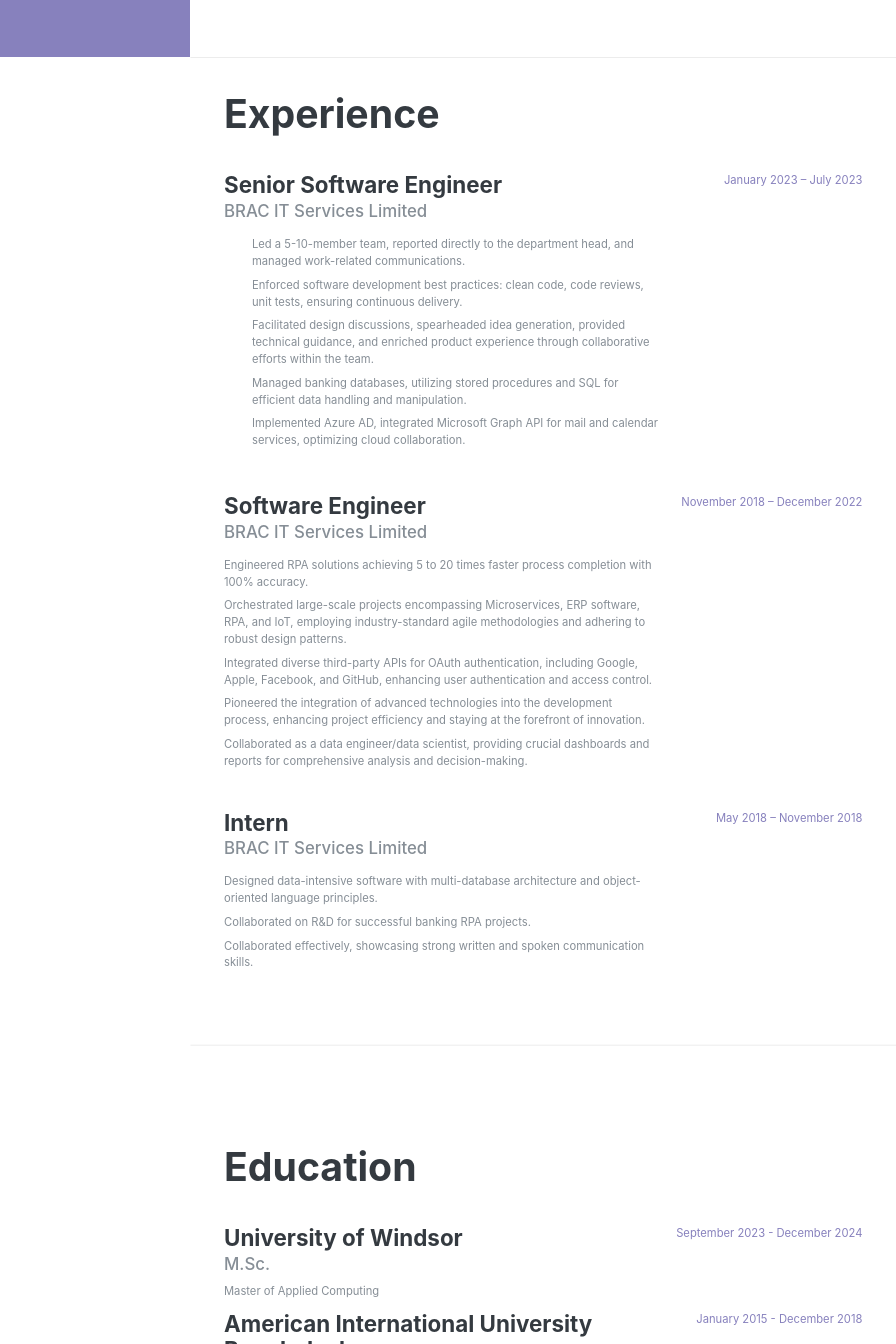
Repository: xahin96/xahin96.github.io
Page: index.html
The author's editor kept a copy of each file at every save. The page is drawn from the files as they stood at one save, then again after the next save.
The browser window is 1280 px wide. The pictures show the part of the page from y = 639 to 2559 px (the page is 5589 px tall before and 5451 px after), at 70% of full size.
Some web fonts or font styles are not loaded; a fallback is used.

Above is the page before, as saved 2024-04-27 12:27:00.

### index.html
<!DOCTYPE html>
<html lang="en">

<head>

  <meta charset="utf-8">
  <meta name="viewport" content="width=device-width, initial-scale=1, shrink-to-fit=no">
  <meta name="description" content="">
  <meta name="author" content="">

  <title>Shahriar Rahman</title>
  <link rel="icon" type="image/x-icon" href="img/profile.png">


  <!-- Bootstrap core CSS -->
  <link href="vendor/bootstrap/css/bootstrap.min.css" rel="stylesheet">

  <!-- Custom fonts for this template -->
  <link href="https://fonts.googleapis.com/css?family=Saira+Extra+Condensed:500,700" rel="stylesheet">
  <link href="https://fonts.googleapis.com/css?family=Muli:400,400i,800,800i" rel="stylesheet">
  <link href="vendor/fontawesome-free/css/all.min.css" rel="stylesheet">

  <!-- Custom styles for this template -->
  <link href="css/resume.css" rel="stylesheet">

</head>

<body id="page-top">

  <nav class="navbar navbar-expand-lg navbar-dark bg-primary fixed-top" id="sideNav">
    <a class="navbar-brand js-scroll-trigger" href="#page-top">
      <span class="d-block d-lg-none">Shahriar Rahman</span>
      <span class="d-none d-lg-block">
        <img class="img-fluid img-profile rounded-circle mx-auto mb-2" src="img/profile.png" alt="">
      </span>
    </a>
    <button class="navbar-toggler" type="button" data-toggle="collapse" data-target="#navbarSupportedContent" aria-controls="navbarSupportedContent" aria-expanded="false" aria-label="Toggle navigation">
      <span class="navbar-toggler-icon"></span>
    </button>
    <div class="collapse navbar-collapse" id="navbarSupportedContent">
      <ul class="navbar-nav">
        <li class="nav-item">
          <a class="nav-link js-scroll-trigger" href="#about">About</a>
        </li>
        <li class="nav-item">
          <a class="nav-link js-scroll-trigger" href="#experience">Experience</a>
        </li>
        <li class="nav-item">
          <a class="nav-link js-scroll-trigger" href="#education">Education</a>
        </li>
        <li class="nav-item">
          <a class="nav-link js-scroll-trigger" href="#skills">Skills</a>
        </li>
        <li class="nav-item">
          <a class="nav-link js-scroll-trigger" href="#projects">Projects</a>
        </li>
        <!-- <li class="nav-item">
          <a class="nav-link js-scroll-trigger" href="#interests">Interests</a>
        </li> -->
       <!--  <li class="nav-item">
          <a class="nav-link js-scroll-trigger" href="#awards">Achievements</a>
        </li> -->
      </ul>
    </div>
  </nav>

  <div class="container-fluid p-0">

    <section class="resume-section p-3 p-lg-5 d-flex align-items-center" id="about">
      <div class="w-100">
        <h1 class="mb-0">Shahriar
          <span class="mb-0">Rahman</span>
        </h1>
        <div class="subheading mb-5">Windsor, ON, Canada 🇨🇦 · +1 437 669 5591 ·
          <a href="mailto:shahriar.rahmanzahin@gmail.com">rahman8j@uwindsor.ca</a>
        </div>
        <p class="lead mb-5">Results-driven Software Engineer, with over 5 years of experience, specializing in innovative solutions such as Microservices, IoT, AI, and Robotic Process Automation (RPA). Demonstrates proficiency in software development, boasting a proven track record in leading the development of advanced systems, optimizing code for efficiency, and collaborating within dynamic, cross-functional teams.</p>
        <div class="social-icons">
          <a href="https://www.linkedin.com/in/shahriar-rahman-zahin">
            <i class="fab fa-linkedin-in"></i>
          </a>
          <a href="https://github.com/xahin96">
            <i class="fab fa-github"></i>
          </a>
          <a href="https://stackoverflow.com/users/5947007/shahriar-rahman-zahin">
            <i class="fab fa-stack-overflow"></i>
          </a>
          <a href="https://twitter.com/xahin96">
            <i class="fab fa-twitter"></i>
          </a>
          <a href="https://www.facebook.com/shahriar.xahin">
            <i class="fab fa-facebook-f"></i>
          </a>
        </div>
      </div>
    </section>

    <hr class="m-0">

    <section class="resume-section p-3 p-lg-5 d-flex justify-content-center" id="experience">
      <div class="w-100">
        <h2 class="mb-5">Experience</h2>

        <div class="resume-item d-flex flex-column flex-md-row justify-content-between mb-5">
          <div class="resume-content">
            <div>
              <h3 class="mb-0">Senior Software Engineer</h3>
              <div class="subheading mb-3">BRAC IT Services Limited</div>
            </div>
            <ul>
              <li>Led a 5-10-member team, reported directly to the department head, and managed work-related communications.</li>
              <li>Enforced software development best practices: clean code, code reviews, unit tests, ensuring continuous delivery.</li>
              <li>Facilitated design discussions, spearheaded idea generation, provided technical guidance, and enriched product experience through collaborative efforts within the team.</li>
              <li>Managed banking databases, utilizing stored procedures and SQL for efficient data handling and manipulation.</li>
              <li>Implemented Azure AD, integrated Microsoft Graph API for mail and calendar services, optimizing cloud collaboration.</li>
            </ul>
          </div>
          <div class="resume-date text-md-right">
            <span class="text-primary">January 2023 – July 2023</span>
          </div>
        </div>

        <div class="resume-item d-flex flex-column flex-md-row justify-content-between mb-5">
          <div class="resume-content">
            <h3 class="mb-0">Software Engineer</h3>
            <div class="subheading mb-3">BRAC IT Services Limited</div>
            <li>Engineered RPA solutions achieving 5 to 20 times faster process completion with 100% accuracy.</li>
            <li>Orchestrated large-scale projects encompassing Microservices, ERP software, RPA, and IoT, employing industry-standard agile methodologies and adhering to robust design patterns.</li>
            <li>Integrated diverse third-party APIs for OAuth authentication, including Google, Apple, Facebook, and GitHub, enhancing user authentication and access control.</li>
            <li>Pioneered the integration of advanced technologies into the development process, enhancing project efficiency and staying at the forefront of innovation.</li>
            <li>Collaborated as a data engineer/data scientist, providing crucial dashboards and reports for comprehensive analysis and decision-making.</li>
          </div>
          <div class="resume-date text-md-right">
            <span class="text-primary">November 2018 – December 2022</span>
          </div>
        </div>

        <div class="resume-item d-flex flex-column flex-md-row justify-content-between mb-5">
          <div class="resume-content">
            <h3 class="mb-0">Intern</h3>
            <div class="subheading mb-3">BRAC IT Services Limited</div>
            <li>Designed data-intensive software with multi-database architecture and object-oriented language principles.</li>
            <li>Collaborated on R&D for successful banking RPA projects.</li>
            <li>Collaborated effectively, showcasing strong written and spoken communication skills.
            </li>
          </div>
          <div class="resume-date text-md-right">
            <span class="text-primary">May 2018 – November 2018</span>
          </div>
        </div>

      </div>
    </section>

    <hr class="m-0">

    <section class="resume-section p-3 p-lg-5 d-flex align-items-center" id="education">
      <div class="w-100">
        <h2 class="mb-5">Education</h2>

        <div class="resume-item d-flex flex-column flex-md-row justify-content-between mb-3">
          <div class="resume-content">
            <h3 class="mb-0">University of Windsor</h3>
            <div class="subheading mb-2">M.Sc.</div>
            <div>Master of Applied Computing</div>
          </div>
          <div class="resume-date text-md-right">
            <span class="text-primary">September 2023 - December 2024</span>
          </div>
        </div>

        <!-- <div class="resume-item d-flex flex-column flex-md-row justify-content-between mb-3">
          <div class="resume-content">
            <h3 class="mb-0">Jahangirnagar University Bangladesh</h3>
            <div class="subheading mb-2"> M.Sc.</div>
            <div>Computer Science and Engineering</div>
            <p>CGPA: 3.88/4.00</p>
          </div>
          <div class="resume-date text-md-right">
            <span class="text-primary">January 2015 - December 2018</span>
          </div>
        </div> -->

        <div class="resume-item d-flex flex-column flex-md-row justify-content-between mb-3">
          <div class="resume-content">
            <h3 class="mb-0">American International University Bangladesh</h3>
            <div class="subheading mb-2">B.Sc.</div>
            <div>Computer Science and Engineering</div>
            <p>CGPA: 3.88/4.00</p>
          </div>
          <div class="resume-date text-md-right">
            <span class="text-primary">January 2015 - December 2018</span>
          </div>
        </div>

        <!-- <div class="resume-item d-flex flex-column flex-md-row justify-content-between mb-3">
          <div class="resume-content">
            <h3 class="mb-0">Dhaka Imperial College, Bangladesh</h3>
            <div class="subheading mb-2">Higher Secondary School Certificate</div>
            <p>GPA: 5.00/5.00</p>
          </div>
          <div class="resume-date text-md-right">
            <span class="text-primary">April 2012 - April 2014</span>
          </div>
        </div> -->

        <!-- <div class="resume-item d-flex flex-column flex-md-row justify-content-between">
          <div class="resume-content">
            <h3 class="mb-0">Bangladesh International School & College Riyadh, Saudi Arabia</h3>
            <div class="subheading mb-2">Secondary School Certificate</div>
            <p>GPA: 4.88/5.00</p>
          </div>
          <div class="resume-date text-md-right">
            <span class="text-primary">January 2007 - April 2012</span>
          </div>
        </div> -->

      </div>
    </section>

    <hr class="m-0">

    <section class="resume-section p-3 p-lg-5 d-flex align-items-center" id="skills">
      <div class="w-100">
        <h2 class="mb-5">Skills</h2>

        <div class="subheading mb-3">Programming Languages &amp; Tools</div>
        <ul class="list-inline dev-icons">
          <li class="list-inline-item">
            <h3>Python</h3>
          </li>
          <li class="list-inline-item">
            <h3>Django</h3>
          </li>
          <li class="list-inline-item">
            <h3>Django REST Framework</h3>
          </li>
          <li class="list-inline-item">
            <h3>ASP.NET</h3>
          </li>
          <li class="list-inline-item">
            <h3>ASP.NET Core</h3>
          </li>
          <li class="list-inline-item">
            <h3>React</h3>
          </li>
          <li class="list-inline-item">
            <h3>Angular</h3>
          </li>
        </ul>

        <br>

        <div class="subheading mb-3">Interests</div>
        <ul class="fa-ul mb-0">
          <li>
            <i class="fa-li fa fa-check"></i>
          Web Development</li>
          <li>
            <i class="fa-li fa fa-check"></i>
          Robotic Process Automation</li>
          <li>
            <i class="fa-li fa fa-check"></i>
          Machine Learning</li>
          <li>
            <i class="fa-li fa fa-check"></i>
          Data Mining</li>
        </ul>
      </div>
    </section>

    <hr class="m-0">

    <section class="resume-section p-3 p-lg-5 d-flex align-items-center project" id="projects">
      <div class="w-100">
        <h2 class="mb-5">Projects</h2>
        <hr>
        <div class="row">
          <div class="col-sm-12 col-md-6 mb-4">
            <div class="card p-3">
              <!-- <img class="mb-4" class="card-img-top" src="https://picsum.photos/id/237/200/300" alt="Card image cap"> -->
              <div style="background-color:rgb(255, 255, 255)">
                <h3 class="mb-0">Keeper</h3>
                <p class="lead mb-5">
                    Warranty managemet application for your products. It will help you manage all your product with warraties and smartly reminding you about the expiry date.
                </p>
                <h4>Technology Used</h4>
                <li>Python</li>
                <li>Django</li>
                <li>Django REST Framework</li>
                <div><h5>   &nbsp;</h5>   </div>
                <h5>Product link:</h5> <p><a href="/">Will be available on Play Store and Apple App Store soon</a></p>
              </div>
            </div>
          </div>
          <div class="col-sm-12 col-md-6 mb-4">
            <div class="card p-3">
              <!-- <img class="mb-4" class="card-img-top" src="https://picsum.photos/id/237/200/300" alt="Card image cap"> -->
              <div style="background-color:rgb(255, 255, 255)">
                <h3 class="mb-0">Atwork</h3>
                <p class="lead mb-5">
                    Smart meeting management system for your company. It will help you manage your meetings, schedule them, generate notice or summary along with agenda summary for
                    easier maintenance.
                </p>
                <h4>Technology Used</h4>
                <li>Python</li>
                <li>Django</li>
                <li>Django REST Framework</li>
                <li>Angular</li>
                <li>Typescript</li>
                <div><h5>   &nbsp;</h5>   </div>
                <h5>Product link:</h5> <p><a href="https://www.bracits.com/product/meeting-atwork">https://www.bracits.com/product/meeting-atwork</a></p>
              </div>
            </div>
          </div>
          <div class="col-sm-12 col-md-6 mb-4">
            <div class="card p-3">`
              <!-- <img class="mb-4" class="card-img-top" src="https://picsum.photos/id/237/200/300" alt="Card image cap"> -->
              <div style="background-color:rgb(255, 255, 255)">
                <h3 class="mb-0">Eye Tracker With Blink Detection</h3>
                <p class="lead mb-5">
                    This python application can detect eye of user sitting in front of webcam. Tracking the eye center or Iris the program
                    can detect where the user is looking at on the PC screen as well as when the user is blinking. This project was used in
                    my thesis - Controlling Multimedia Player With Eye Gaze Using Webcam.
                </p>
                <h4>Technology Used</h4>
                <li>Python</li>
                <li>OpenCV</li>
                <div><h5>   &nbsp;</h5>   </div>
                <h5>Publication link:</h5> <p><a href="https://ieeexplore.ieee.org/document/8644103">https://ieeexplore.ieee.org/document/8644103</a></p>
              </div>
            </div>
          </div>
          <div class="col-sm-12 col-md-6 mb-4">
            <div class="card p-3">
              <div style="background-color:rgb(255, 255, 255)">
                <h3 class="mb-0">Credit Card Creation Process Automation</h3>
                <p class="lead mb-5">
                  This automation program automates a full card processing system which requires 3 different applications.
                  It fills up forms of 3 different application and completes a full process 5 times faster than human.
                </p>
                <h4>Technology Used</h4>
                <li>Python</li>
                <li>SQL Server</li>
                <div><h5>   &nbsp;</h5>   </div>
                <h5>Project link:</h5> Confidential banking project.
              </div>
            </div>
          </div>
          <div class="col-sm-12 col-md-6 mb-4">
            <div class="card p-3">
              <div style="background-color:rgb(255, 255, 255)">
                <h3 class="mb-0">Parker</h3>
                <p class="lead mb-5">
                  This application is used for web automation. It is built specially for a website so that any human repetitive task on that website can be automated easily.
                </p>
                <h4>Technology Used</h4>
                <li>ASP.NET MVC</li>
                <li>SQL Server</li>
                <li>ADO.NET</li>
                <li>Bootstrap</li>
                <li>JQuery</li>
                <li>Selenium</li>
                <div><h5>   &nbsp;</h5>   </div>
                <h5>Project link:</h5> Confidential banking project.
            </div>
            </div>
          </div>
          <div class="col-sm-12 col-md-6 mb-4">
            <div class="card p-3">
              <div style="background-color:rgb(255, 255, 255)">
                <h3 class="mb-0">PDF Extractor</h3>
                <p class="lead mb-5">
                  This application is used for extracting data from complex PDF tables and saving them in database for easy data analysis.
                </p>
                <h4>Technology Used</h4>
                <li>Python</li>
                <li>SQL Server</li>
                <div><h5>   &nbsp;</h5>   </div>
                <h5>Project link:</h5> Confidential banking project.
              </div>
            </div>
          </div>
          <!-- <div class="col-sm-12 col-md-6 mb-4">
            <div class="card p-3">
              <div style="background-color:rgb(255, 255, 255)">
                <h3 class="mb-0">Insurance Company Management</h3>
                <p class="lead mb-5">
                  This application is used for managing different tasks of an insurance company. Employees can issue for accident entry and towing
                  car entries etc.
                </p>
                <h4>Technology Used</h4>
                <li>PHP</li>
                <li>Vanilla JS</li>
                <li>Oracle</li>
                <div><h5>   &nbsp;</h5>   </div>
                <h5>Project link:</h5> <p><a href="https://github.com/xahin96/Insurance_Company_management">https://github.com/xahin96/Insurance_Company_management</a></p>
            </div>
            </div>
          </div> -->
          <!-- <div class="col-sm-12 col-md-6 mb-4">
            <div class="card p-3">
            <div style="background-color:rgb(255, 255, 255)">
              <h3 class="mb-0">Urban City Scenario</h3>
              <p class="lead mb-5">
                Simple 2d scenario animation made with OpenGL C++
              </p>
              <h4>Technology Used</h4>
              <li>OpenGL</li>
              <li>C++</li>
              <div><h5>   &nbsp;</h5>   </div>
              <h5>Project link:</h5> <p><a href="https://github.com/xahin96/Urban_city_scenario">https://github.com/xahin96/Urban_city_scenario</a></p>
            </div>
            </div>
          </div> -->
          <!-- <div class="col-sm-12 col-md-6 mb-4">
            <div class="card p-3">
              <div style="background-color:rgb(255, 255, 255)">
                <h3 class="mb-0">Catch The Egg</h3>
                <p class="lead mb-5">
                  Simple fun 2d game. Eggs are falling from sky catch as much as you can.
                </p>
                <h4>Technology Used</h4>
                <li>Java</li>
                <div><h5>   &nbsp;</h5>   </div>
                <h5>Project link:</h5> <p><a href="https://github.com/xahin96/CatcTheEgg">https://github.com/xahin96/CatcTheEgg</a></p>
              </div>
            </div>
          </div> -->
          <!-- <div class="col-sm-12 col-md-6 mb-4">
            <div class="card p-3">
              <div style="background-color:rgb(255, 255, 255)">
                <h3 class="mb-0">Mobile Banking App</h3>
                <p class="lead mb-5">
                  Mobile banking app for using transaction functionality from phone.
                </p>
                <h4>Technology Used</h4>
                <li>C#</li>
                <li>SQL Server</li>
                <div><h5>   &nbsp;</h5>   </div>
                <h5>Project link:</h5> <p><a href="https://github.com/xahin96/MobileBanking">https://github.com/xahin96/MobileBanking</a></p>
              </div>
            </div>
          </div> -->
          <!-- <div class="col-sm-12 col-md-6 mb-4">
            <div class="card p-3">
              <div style="background-color:rgb(255, 255, 255)">
                <h3 class="mb-0">Kine Felun</h3>
                <p class="lead mb-5">
                  Online shopping application where user can add products for selling.
                </p>
                <h4>Technology Used</h4>
                <li>PHP</li>
                <li>Vanilla JS</li>
                <li>Oracle</li>
                <div><h5>   &nbsp;</h5>   </div>
                <h5>Project link:</h5> <p><a href="https://github.com/xahin96/Kine-Felun">https://github.com/xahin96/Kine-Felun</a></p>
              </div>
            </div>
          </div>  -->
      </div>

      </div>
    </section>

            <hr class="m-0">

  </div>

  <!-- Bootstrap core JavaScript -->
  <script src="vendor/jquery/jquery.min.js"></script>
  <script src="vendor/bootstrap/js/bootstrap.bundle.min.js"></script>

  <!-- Plugin JavaScript -->
  <script src="vendor/jquery-easing/jquery.easing.min.js"></script>

  <!-- Custom scripts for this template -->
  <script src="js/resume.min.js"></script>

</body>
</html>

Loaded but not shown: vendor/bootstrap/css/bootstrap.min.css (library); vendor/fontawesome-free/css/all.min.css (library); vendor/jquery/jquery.min.js (library); vendor/bootstrap/js/bootstrap.bundle.min.js (library); vendor/jquery-easing/jquery.easing.min.js (common file); js/resume.min.js (common file); css/resume.css (201 lines, source omitted)

After the next save:
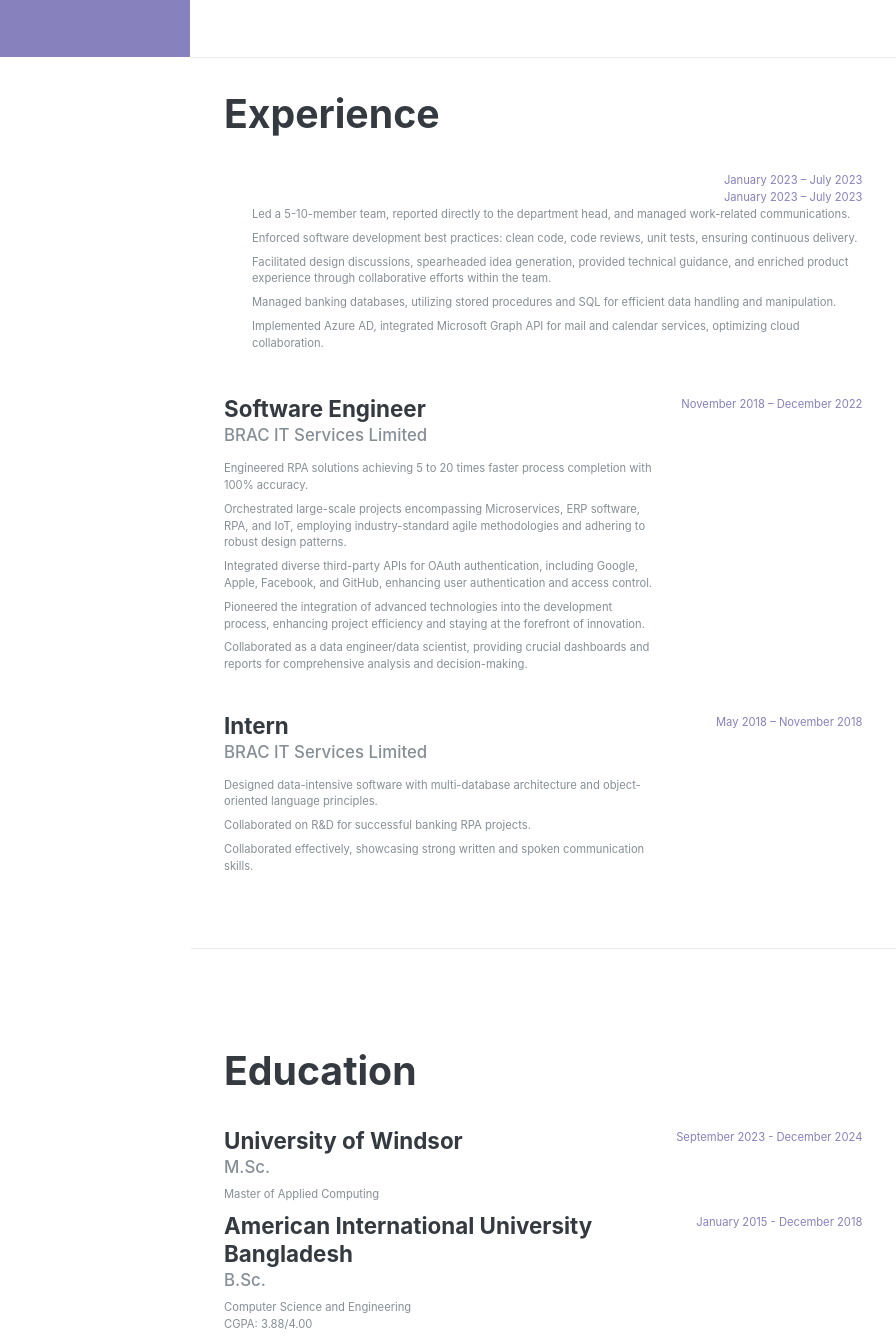
Saved 24 s later.
--- a/index.html
+++ b/index.html
@@ -104,8 +104,12 @@
         <div class="resume-item d-flex flex-column flex-md-row justify-content-between mb-5">
           <div class="resume-content">
             <div>
-              <h3 class="mb-0">Senior Software Engineer</h3>
-              <div class="subheading mb-3">BRAC IT Services Limited</div>
+              <div class="resume-date text-md-right">
+                <span class="text-primary">January 2023 – July 2023</span>
+              </div>
+              <div class="resume-date text-md-right">
+                <span class="text-primary">January 2023 – July 2023</span>
+              </div>
             </div>
             <ul>
               <li>Led a 5-10-member team, reported directly to the department head, and managed work-related communications.</li>
@@ -114,9 +118,6 @@
               <li>Managed banking databases, utilizing stored procedures and SQL for efficient data handling and manipulation.</li>
               <li>Implemented Azure AD, integrated Microsoft Graph API for mail and calendar services, optimizing cloud collaboration.</li>
             </ul>
-          </div>
-          <div class="resume-date text-md-right">
-            <span class="text-primary">January 2023 – July 2023</span>
           </div>
         </div>
 
